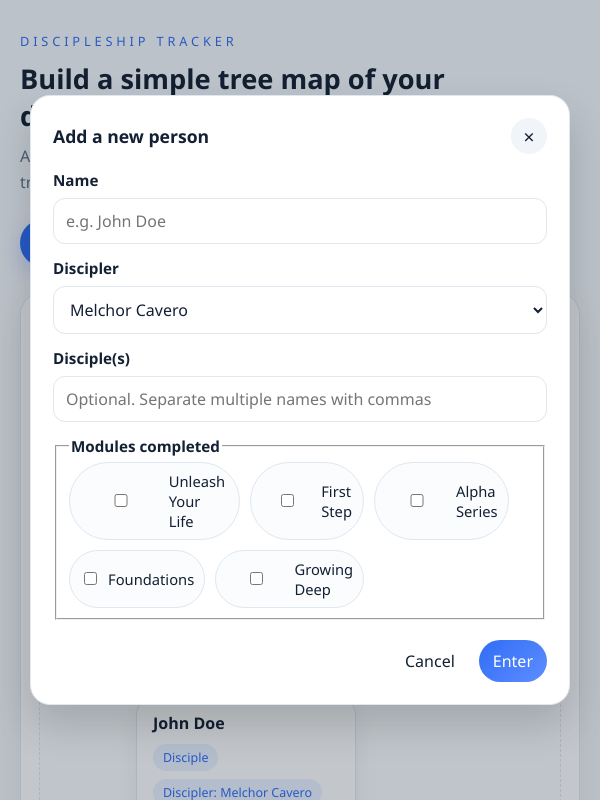
Repository: Cryuis/LCC-Isabela-Discipleship-Tracker
Page: index.html
These files come from the project's save history. The page is drawn as it stood at one moment and after the next save; the edit follows.
The browser window is 600 px wide. The pictures show the window.
A layer covers the whole window, so only the first screen is drawn.

Above is the page before, as saved 2026-07-26 22:09:10.

After the next save:
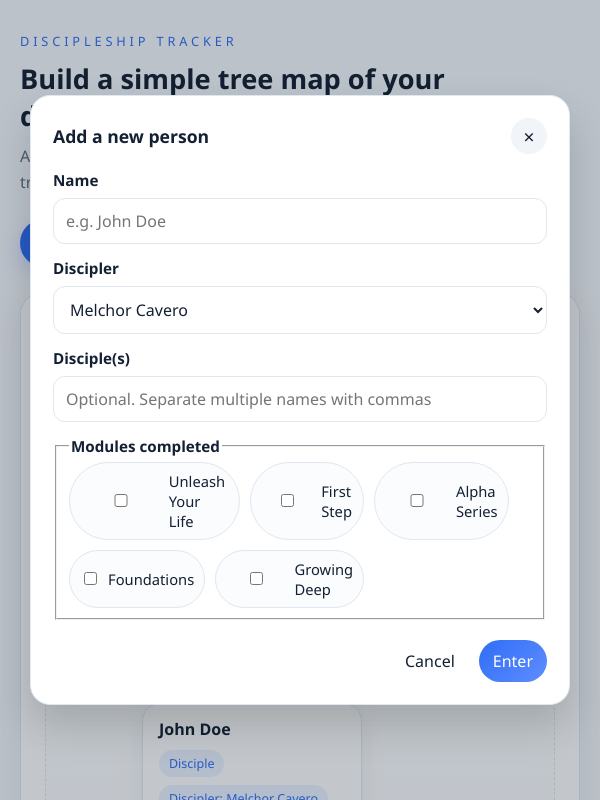
Saved 19 s later.
--- a/styles.css
+++ b/styles.css
@@ -383,14 +383,3 @@ select {
   background: rgba(255, 255, 255, 0.08);
   color: var(--text);
 }
-
-@media (max-width: 700px) {
-  .hero {
-    flex-direction: column;
-    align-items: start;
-  }
-
-  .tree-card {
-    padding: 18px;
-  }
-}
